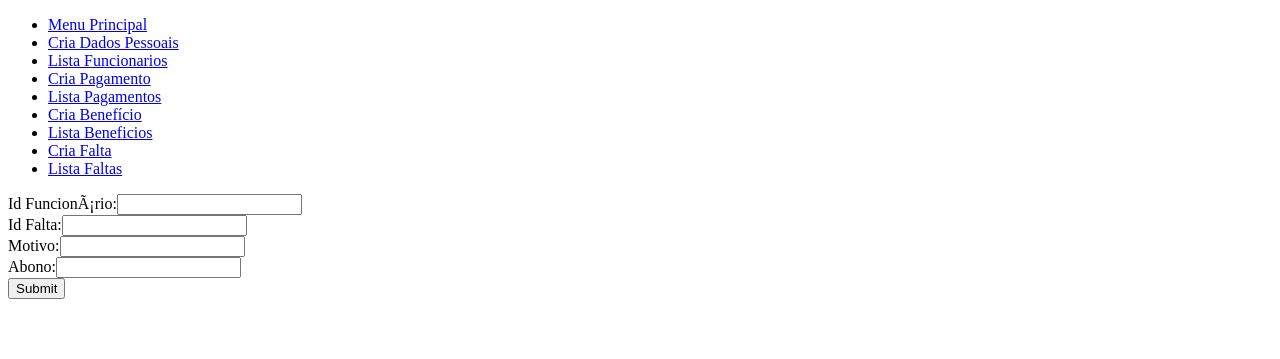
Repository: engcarlosrosa/big_data_proj
Page: rhcontroller/WebContent/cria_faltas.html
The author's editor kept a copy of each file at every save. The page is drawn from the files as they stood at one save, then again after the next save.
The browser window is 1280 px wide. The pictures show the whole page.

Above is the page before, as saved 2018-09-06 14:49:13.

### rhcontroller/WebContent/cria_faltas.html
<!DOCTYPE html>
<html>
<head>
<meta charset="ISO-8859-1">
<title>Insert title here</title>
</head>
<body>
<ul>
  <li><a href="menu.html">Menu Principal</a></li>
  <li><a href="cria_dados_pessoais.html">Cria Dados Pessoais</a></li>
  <li><a href="ServiceListaFuncionarios">Lista Funcionarios</a></li>
  <li><a href="cria_pagamentos.html">Cria Pagamento</a></li>
  <li><a href="ServiceListaPagamentos">Lista Pagamentos</a></li>
  <li><a href="cria_beneficios.html">Cria Benefício</a></li>
  <li><a href="ServiceListaBeneficios">Lista Beneficios</a></li>
  <li><a href="cria_faltas.html">Cria Falta</a></li>
  <li><a href="ServiceListaFaltas">Lista Faltas</a></li>
</ul>

<form action="ServiceAdicionaFalta" method="post">
    Id FuncionÃ¡rio:<input name="id_funcionario" type="text" >
    <br>
    Id Falta:<input name="id_falta" type="text" >
    <br>
    Motivo:<input name="motivo" type="text" >
    <br>
    Abono:<input name="abono" type="text" >
    <br>
    <input type="submit" value="Submit">
</form>
</body>
</html>

After the next save:
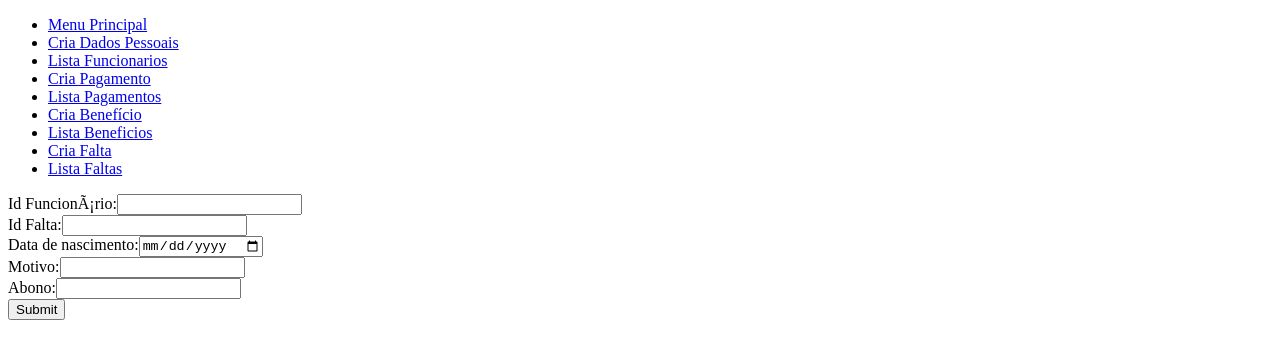
Saved 85 s later.
--- a/rhcontroller/WebContent/cria_faltas.html
+++ b/rhcontroller/WebContent/cria_faltas.html
@@ -22,6 +22,8 @@
     <br>
     Id Falta:<input name="id_falta" type="text" >
     <br>
+    Data de nascimento:<input name="nascimento" type="date" >
+    <br>
     Motivo:<input name="motivo" type="text" >
     <br>
     Abono:<input name="abono" type="text" >
